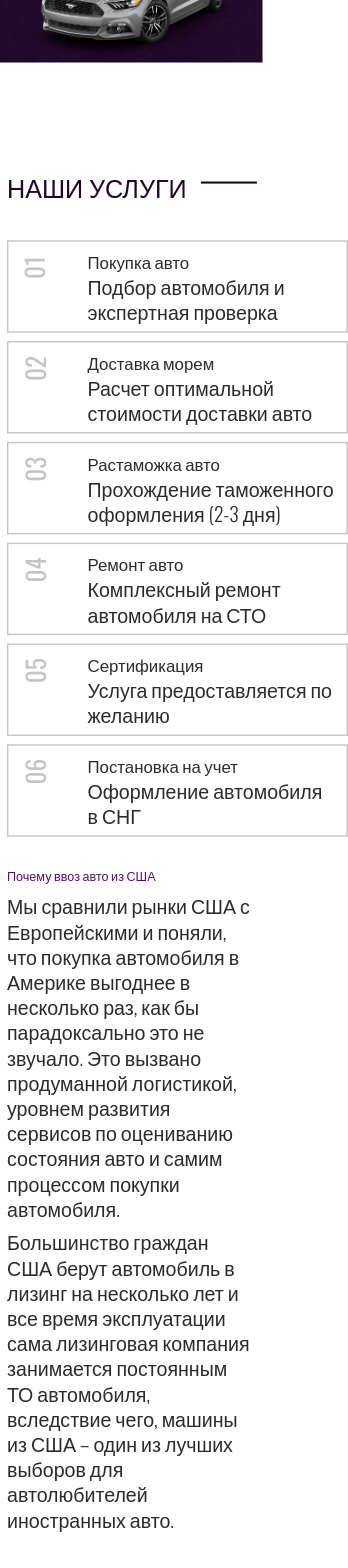
Repository: AlexandrLewandowski/site-1
Page: index.html
These files come from the project's save history. The page is drawn as it stood at one moment and after the next save; the edit follows.
The browser window is 375 px wide. The page is 497 px wide, so the pictures cover 497 px, including what lies to the right of the window. The pictures show the part of the page from y = 836 to 3076 px (the page is 3905 px tall before and 2820 px after), at 70% of full size.

Above is the page before, as saved 2024-05-10 19:07:34.

After the next save:
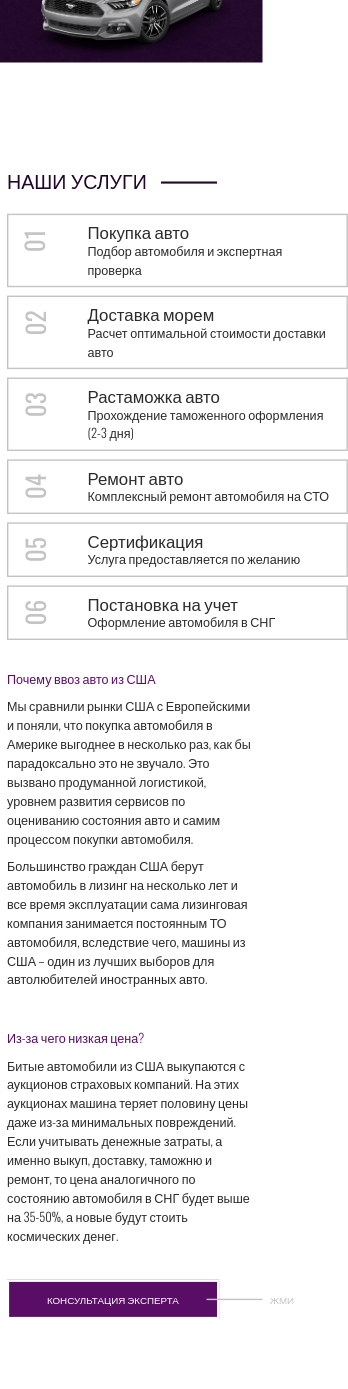
Saved 46 s later.
--- a/css/style.css
+++ b/css/style.css
@@ -487,6 +487,9 @@
 
     .services {
         padding-top: 150px;
+    }
+
+    .title {
         font-size: 28px;
         line-height: 36px;
         margin-bottom: 30px;
